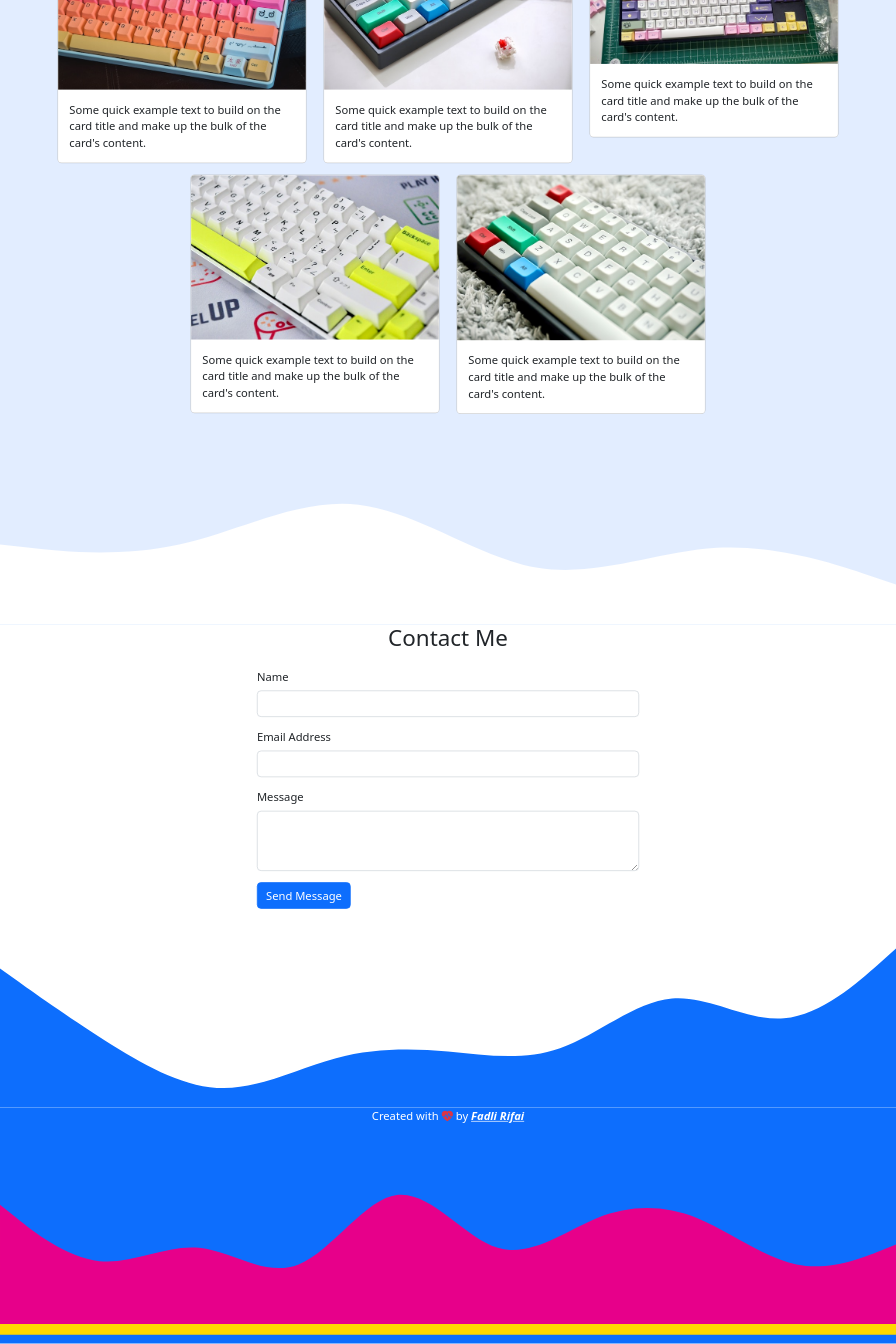
Repository: fadlyyy/fadli-dev.github.io
Page: index.html
These files come from the project's save history. The page is drawn as it stood at one moment and after the next save; the edit follows.
The browser window is 1280 px wide. The pictures show the part of the page from y = 1665 to 3585 px (the page is 3585 px tall before and 3573 px after), at 70% of full size.

Above is the page before, as saved 2024-01-19 16:35:29.

### index.html
<!DOCTYPE html>
<html lang="en">
  <head>
    <meta charset="utf-8" />
    <meta name="viewport" content="width=device-width, initial-scale=1" />
    <title>Bootstrap demo</title>
    <link href="https://cdn.jsdelivr.net/npm/bootstrap@5.2.3/dist/css/bootstrap.min.css" rel="stylesheet" integrity="sha384-rbsA2VBKQhggwzxH7pPCaAqO46MgnOM80zW1RWuH61DGLwZJEdK2Kadq2F9CUG65" crossorigin="anonymous" />

    <!-- Bootstrap Icons -->
    <link rel="stylesheet" href="https://cdn.jsdelivr.net/npm/bootstrap-icons@1.11.3/font/bootstrap-icons.min.css" />

    <!-- My styles css -->
    <link rel="stylesheet" href="style.css" />
  </head>
  <body>
    <!-- Navbar -->
    <nav class="navbar navbar-expand-lg navbar-dark bg-primary shadow">
      <div class="container">
        <a class="navbar-brand fs-3" href="#">Fadli Rifai</a>
        <button class="navbar-toggler" type="button" data-bs-toggle="collapse" data-bs-target="#navbarNav" aria-controls="navbarNav" aria-expanded="false" aria-label="Toggle navigation">
          <span class="navbar-toggler-icon"></span>
        </button>
        <div class="collapse navbar-collapse" id="navbarNav">
          <ul class="navbar-nav ms-auto">
            <li class="nav-item">
              <a class="nav-link active" aria-current="page" href="#">Home</a>
            </li>
            <li class="nav-item">
              <a class="nav-link" href="#">About</a>
            </li>
            <li class="nav-item">
              <a class="nav-link" href="#">Projects</a>
            </li>
            <li class="nav-item">
              <a class="nav-link" href="#">Contact</a>
            </li>
          </ul>
        </div>
      </div>
    </nav>
    <!-- Navbar End -->

    <!-- Jumbotron -->
    <section class="jumbotron text-center">
      <img class="rounded-circle img-thumbnail" src="img/images.jpeg" alt="" width="250" />
      <h1 class="display-4">Fadli Rifai</h1>
      <p class="lead">Fullstack Developer</p>
      <svg xmlns="http://www.w3.org/2000/svg" viewBox="0 0 1440 320">
        <path
          fill="#ffffff"
          fill-opacity="1"
          d="M0,160L24,176C48,192,96,224,144,245.3C192,267,240,277,288,261.3C336,245,384,203,432,181.3C480,160,528,160,576,170.7C624,181,672,203,720,213.3C768,224,816,224,864,218.7C912,213,960,203,1008,213.3C1056,224,1104,256,1152,261.3C1200,267,1248,245,1296,229.3C1344,213,1392,203,1416,197.3L1440,192L1440,320L1416,320C1392,320,1344,320,1296,320C1248,320,1200,320,1152,320C1104,320,1056,320,1008,320C960,320,912,320,864,320C816,320,768,320,720,320C672,320,624,320,576,320C528,320,480,320,432,320C384,320,336,320,288,320C240,320,192,320,144,320C96,320,48,320,24,320L0,320Z"
        ></path>
      </svg>
    </section>
    <!-- Jumbotron End -->

    <!-- About -->
    <section id="about">
      <div class="container">
        <div class="row text-center mb-4">
          <div class="col">
            <h2>About Me</h2>
          </div>
        </div>
        <div class="row justify-content-center fs-5 text-center">
          <div class="col-md-4">
            <p class="">
              Lorem, ipsum dolor sit amet consectetur adipisicing elit. Aliquid, et perspiciatis. Vero veritatis temporibus ipsa, tenetur natus dolores atque vitae laborum rerum! Pariatur est facilis fugit nemo. Incidunt repudiandae quod
              aspernatur asperiores, unde ea soluta.
            </p>
          </div>
          <div class="col-md-4">
            <p>
              Lorem ipsum dolor sit amet consectetur adipisicing elit. Perferendis rem quaerat, commodi laudantium quam sequi eos delectus, repudiandae magni aut harum nisi fugiat reiciendis natus similique accusantium non repellat
              consectetur facilis praesentium libero vel. Obcaecati modi nihil, aperiam sint qui animi optio laborum earum hic neque sed voluptatibus dolores reiciendis.
            </p>
          </div>
        </div>
      </div>
      <svg xmlns="http://www.w3.org/2000/svg" viewBox="0 0 1440 320">
        <path
          fill="#e2edff"
          fill-opacity="1"
          d="M0,288L24,261.3C48,235,96,181,144,165.3C192,149,240,171,288,160C336,149,384,107,432,117.3C480,128,528,192,576,192C624,192,672,128,720,128C768,128,816,192,864,213.3C912,235,960,213,1008,181.3C1056,149,1104,107,1152,112C1200,117,1248,171,1296,208C1344,245,1392,267,1416,277.3L1440,288L1440,320L1416,320C1392,320,1344,320,1296,320C1248,320,1200,320,1152,320C1104,320,1056,320,1008,320C960,320,912,320,864,320C816,320,768,320,720,320C672,320,624,320,576,320C528,320,480,320,432,320C384,320,336,320,288,320C240,320,192,320,144,320C96,320,48,320,24,320L0,320Z"
        ></path>
      </svg>
    </section>
    <!-- About End -->

    <!-- Section Projects -->
    <section id="projects">
      <div class="container">
        <div class="row mb-4">
          <div class="col text-center">
            <h2>My Projects</h2>
          </div>
        </div>
        <div class="row justify-content-center">
          <div class="col-md-4 mb-3 child">
            <div class="card">
              <img src="img/projects/Projects1.jpg" class="card-img-top" alt="..." />
              <div class="card-body">
                <p class="card-text">Some quick example text to build on the card title and make up the bulk of the card's content.</p>
              </div>
            </div>
          </div>
          <div class="col-md-4 mb-3 child">
            <div class="card">
              <img src="img/projects/Projects2.jpg" class="card-img-top" alt="..." />
              <div class="card-body">
                <p class="card-text">Some quick example text to build on the card title and make up the bulk of the card's content.</p>
              </div>
            </div>
          </div>
          <div class="col-md-4 mb-3 child">
            <div class="card">
              <img src="img/projects/Projects3.jpg" class="card-img-top" alt="..." />
              <div class="card-body">
                <p class="card-text">Some quick example text to build on the card title and make up the bulk of the card's content.</p>
              </div>
            </div>
          </div>
          <div class="col-md-4 mb-3 child">
            <div class="card">
              <img src="img/projects/Projects4.jpg" class="card-img-top" alt="..." />
              <div class="card-body">
                <p class="card-text">Some quick example text to build on the card title and make up the bulk of the card's content.</p>
              </div>
            </div>
          </div>
          <div class="col-md-4 mb-3 child">
            <div class="card">
              <img src="img/projects/Projects5.jpg" class="card-img-top" alt="..." />
              <div class="card-body">
                <p class="card-text">Some quick example text to build on the card title and make up the bulk of the card's content.</p>
              </div>
            </div>
          </div>
        </div>
      </div>
      <svg xmlns="http://www.w3.org/2000/svg" viewBox="0 0 1440 320">
        <path
          fill="#fff"
          fill-opacity="1"
          d="M0,192L48,197.3C96,203,192,213,288,192C384,171,480,117,576,128C672,139,768,213,864,229.3C960,245,1056,203,1152,197.3C1248,192,1344,224,1392,240L1440,256L1440,320L1392,320C1344,320,1248,320,1152,320C1056,320,960,320,864,320C768,320,672,320,576,320C480,320,384,320,288,320C192,320,96,320,48,320L0,320Z"
        ></path>
      </svg>
    </section>
    <!-- End Section Projects -->

    <!-- Contact -->
    <section id="contact">
      <div class="container">
        <div class="row text-center mb-3">
          <div class="col">
            <h2>Contact Me</h2>
          </div>
        </div>
        <div class="row justify-content-center">
          <div class="col-md-6">
            <form>
              <div class="mb-3">
                <label for="name" class="form-label">Name</label>
                <input type="text" class="form-control" id="name" aria-describedby="name" />
              </div>
              <div class="mb-3">
                <label for="email" class="form-label">Email Address</label>
                <input type="email" class="form-control" id="email" aria-describedby="email" />
              </div>
              <div class="mb-3">
                <label for="message" class="form-label">Message</label>
                <textarea class="form-control" id="message" rows="3"></textarea>
              </div>
              <button type="submit" class="btn btn-primary">Send Message</button>
            </form>
          </div>
        </div>
      </div>
      <svg xmlns="http://www.w3.org/2000/svg" viewBox="0 0 1440 320">
        <path
          fill="#0d6efd"
          fill-opacity="1"
          d="M0,96L30,117.3C60,139,120,181,180,218.7C240,256,300,288,360,288C420,288,480,256,540,240C600,224,660,224,720,229.3C780,235,840,245,900,224C960,203,1020,149,1080,144C1140,139,1200,181,1260,176C1320,171,1380,117,1410,90.7L1440,64L1440,320L1410,320C1380,320,1320,320,1260,320C1200,320,1140,320,1080,320C1020,320,960,320,900,320C840,320,780,320,720,320C660,320,600,320,540,320C480,320,420,320,360,320C300,320,240,320,180,320C120,320,60,320,30,320L0,320Z"
        ></path>
      </svg>
    </section>
    <!-- End Contact -->

    <!-- Footer -->
    <footer class="bg-primary text-center pb-5">
      <p class="text-white">Created with <i class="bi bi-heart-pulse-fill text-danger"></i> by <a href="#" class="fw-bold text-white fst-italic">Fadli Rifai</a></p>

      <div class="gelombang">
        <svg xmlns="http://www.w3.org/2000/svg" viewBox="0 0 1440 320">
          <path
            fill="#ffd700"
            fill-opacity="1"
            d="M0,128L26.7,149.3C53.3,171,107,213,160,218.7C213.3,224,267,192,320,197.3C373.3,203,427,245,480,224C533.3,203,587,117,640,112C693.3,107,747,181,800,197.3C853.3,213,907,171,960,149.3C1013.3,128,1067,128,1120,149.3C1173.3,171,1227,213,1280,224C1333.3,235,1387,213,1413,202.7L1440,192L1440,320L1413.3,320C1386.7,320,1333,320,1280,320C1226.7,320,1173,320,1120,320C1066.7,320,1013,320,960,320C906.7,320,853,320,800,320C746.7,320,693,320,640,320C586.7,320,533,320,480,320C426.7,320,373,320,320,320C266.7,320,213,320,160,320C106.7,320,53,320,27,320L0,320Z"
          ></path>
        </svg>
        <div class="gelombang2">
          <svg xmlns="http://www.w3.org/2000/svg" viewBox="0 0 1440 320">
            <path
              fill="#e7008a"
              fill-opacity="1"
              d="M0,128L26.7,149.3C53.3,171,107,213,160,218.7C213.3,224,267,192,320,197.3C373.3,203,427,245,480,224C533.3,203,587,117,640,112C693.3,107,747,181,800,197.3C853.3,213,907,171,960,149.3C1013.3,128,1067,128,1120,149.3C1173.3,171,1227,213,1280,224C1333.3,235,1387,213,1413,202.7L1440,192L1440,320L1413.3,320C1386.7,320,1333,320,1280,320C1226.7,320,1173,320,1120,320C1066.7,320,1013,320,960,320C906.7,320,853,320,800,320C746.7,320,693,320,640,320C586.7,320,533,320,480,320C426.7,320,373,320,320,320C266.7,320,213,320,160,320C106.7,320,53,320,27,320L0,320Z"
            ></path>
          </svg>
        </div>
      </div>
    </footer>
    <!-- Footer End -->

    <script src="https://cdn.jsdelivr.net/npm/bootstrap@5.2.3/dist/js/bootstrap.bundle.min.js" integrity="sha384-kenU1KFdBIe4zVF0s0G1M5b4hcpxyD9F7jL+jjXkk+Q2h455rYXK/7HAuoJl+0I4" crossorigin="anonymous"></script>
  </body>
</html>

### style.css
.jumbotron {
  padding-top: 2rem;
  background-color: #e2edff;
}

#projects {
  background-color: #e2edff;
}

#projects .child {
  transition: all 0.2s ease-in-out;
}

#projects .child:hover {
  scale: 1.04;
}

.gelombang {
  position: relative;
  margin-bottom: -20px;
}

.gelombang .gelombang2 {
  margin-top: -300px;
  /* position: absolute; */
  /* top: -300px; */
  /* z-index: -10; */
}

After the next save:
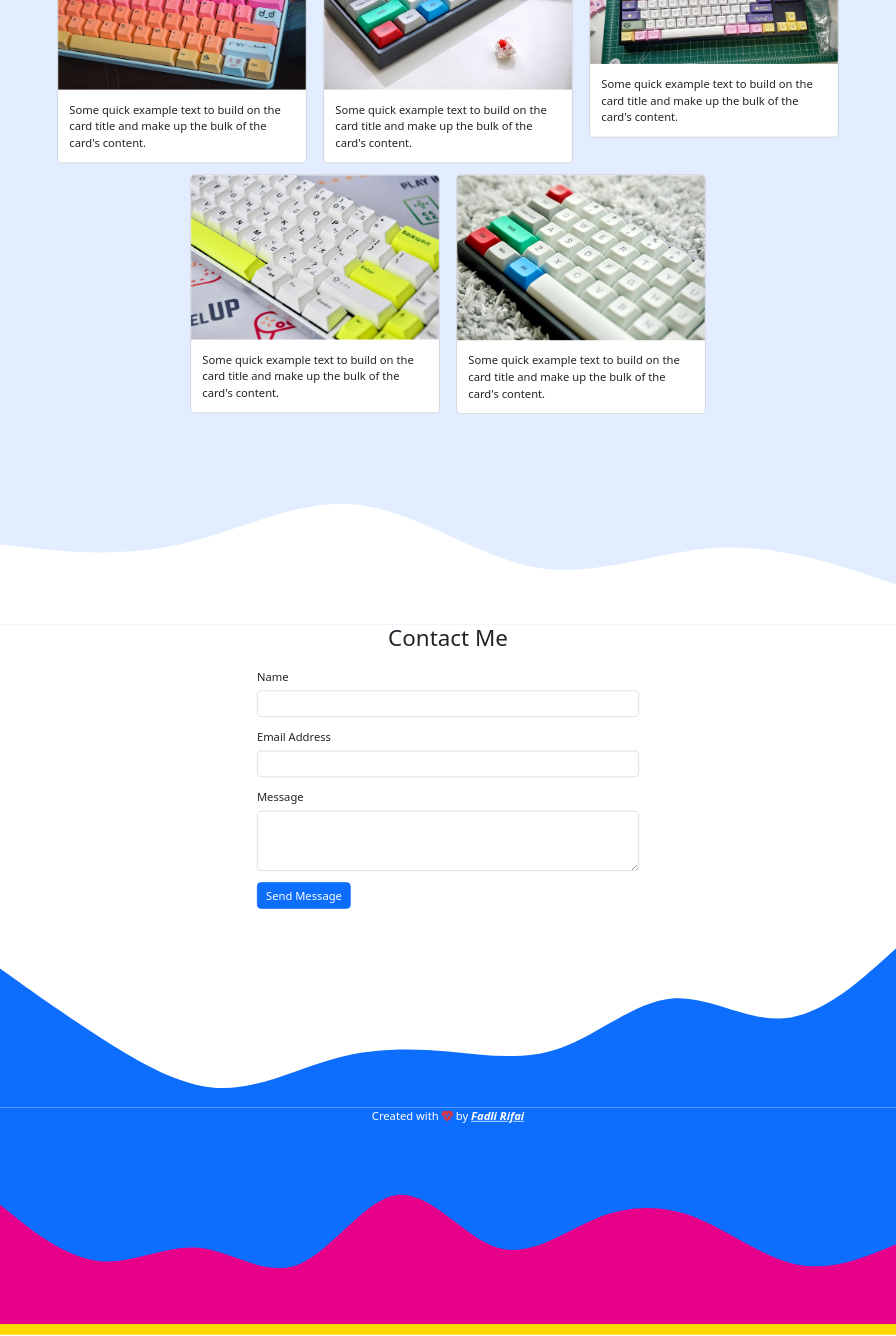
Saved 5 s later.
--- a/style.css
+++ b/style.css
@@ -17,7 +17,7 @@
 
 .gelombang {
   position: relative;
-  margin-bottom: -20px;
+  margin-bottom: -40px;
 }
 
 .gelombang .gelombang2 {
